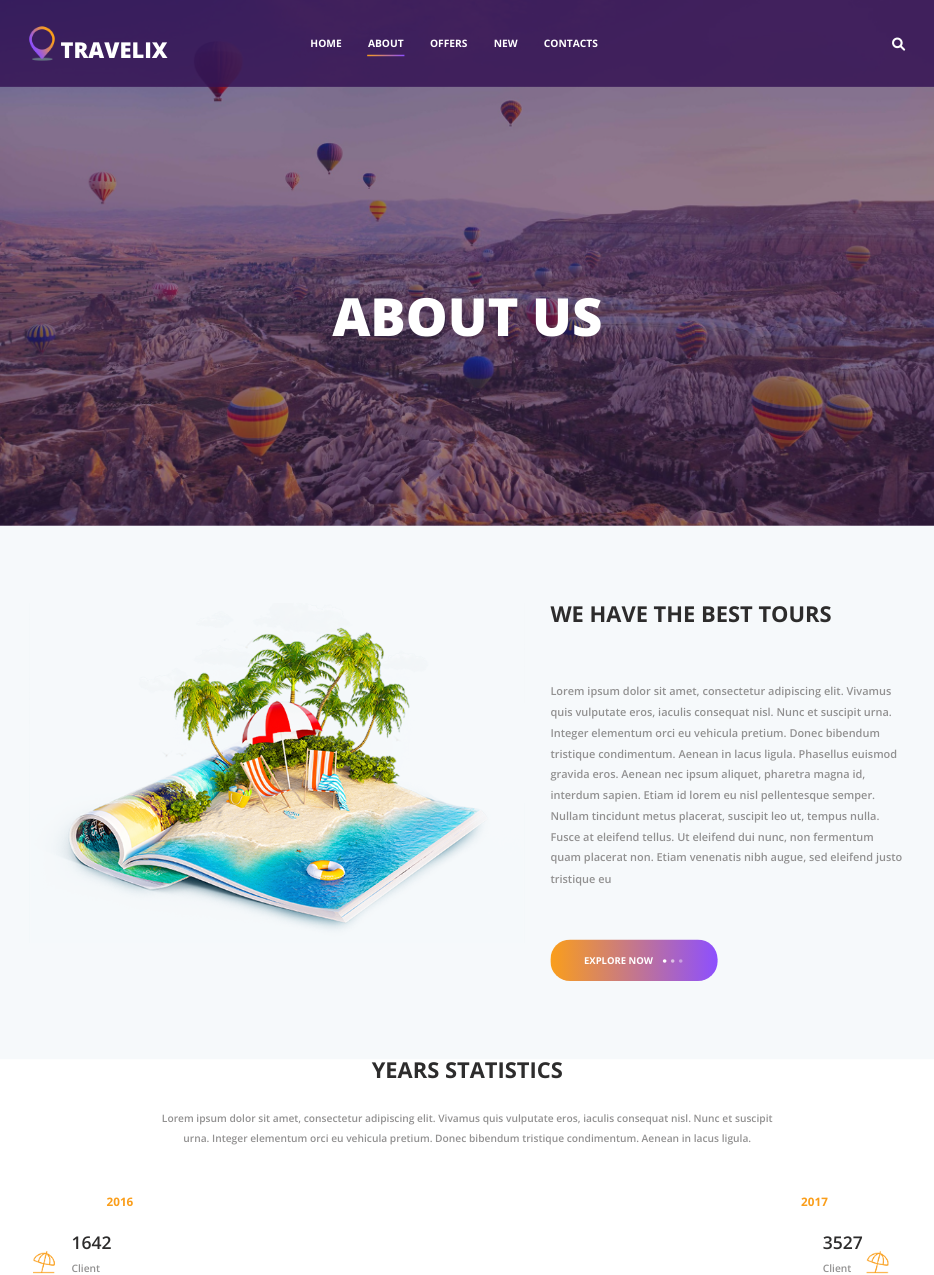
Repository: phamhuuloc/Travelix_Template
Page: about.html
The author's editor kept a copy of each file at every save. The page is drawn from the files as they stood at one save, then again after the next save.
The browser window is 1280 px wide. The pictures show the whole page, at 73% of full size.
Backgrounds fixed to the window are drawn as part of the page. Some web fonts or font styles are not loaded; a fallback is used.

Above is the page before, as saved 2021-10-13 09:24:34.

After the next save:
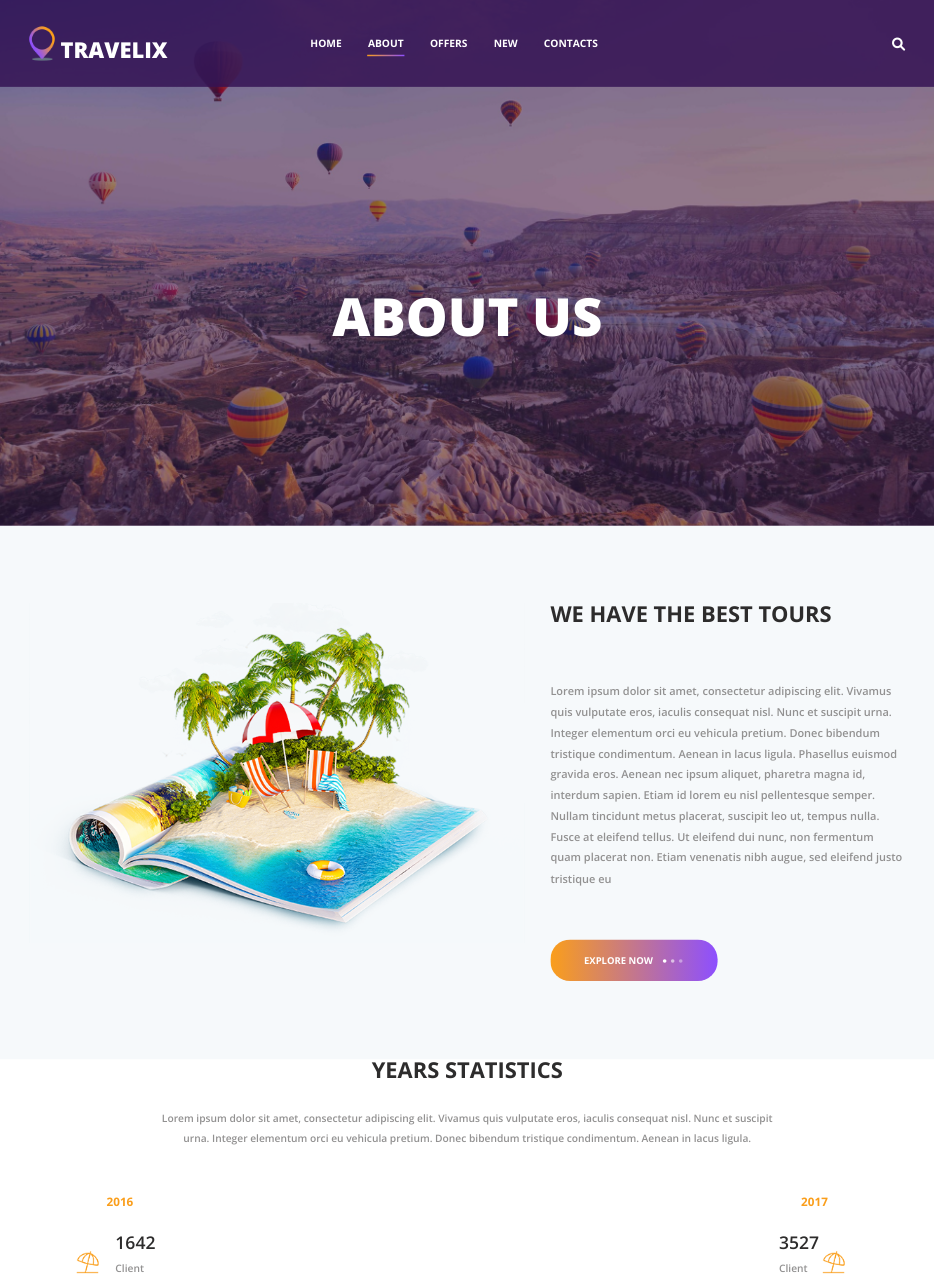
Saved 4 min 47 s later.
--- a/assets/css/about.css
+++ b/assets/css/about.css
@@ -75,6 +75,7 @@
   display: flex;
   align-items: center;
   justify-content: space-between;
+  padding: 0 60px;
 }
 .stats__last {
   display: flex;
